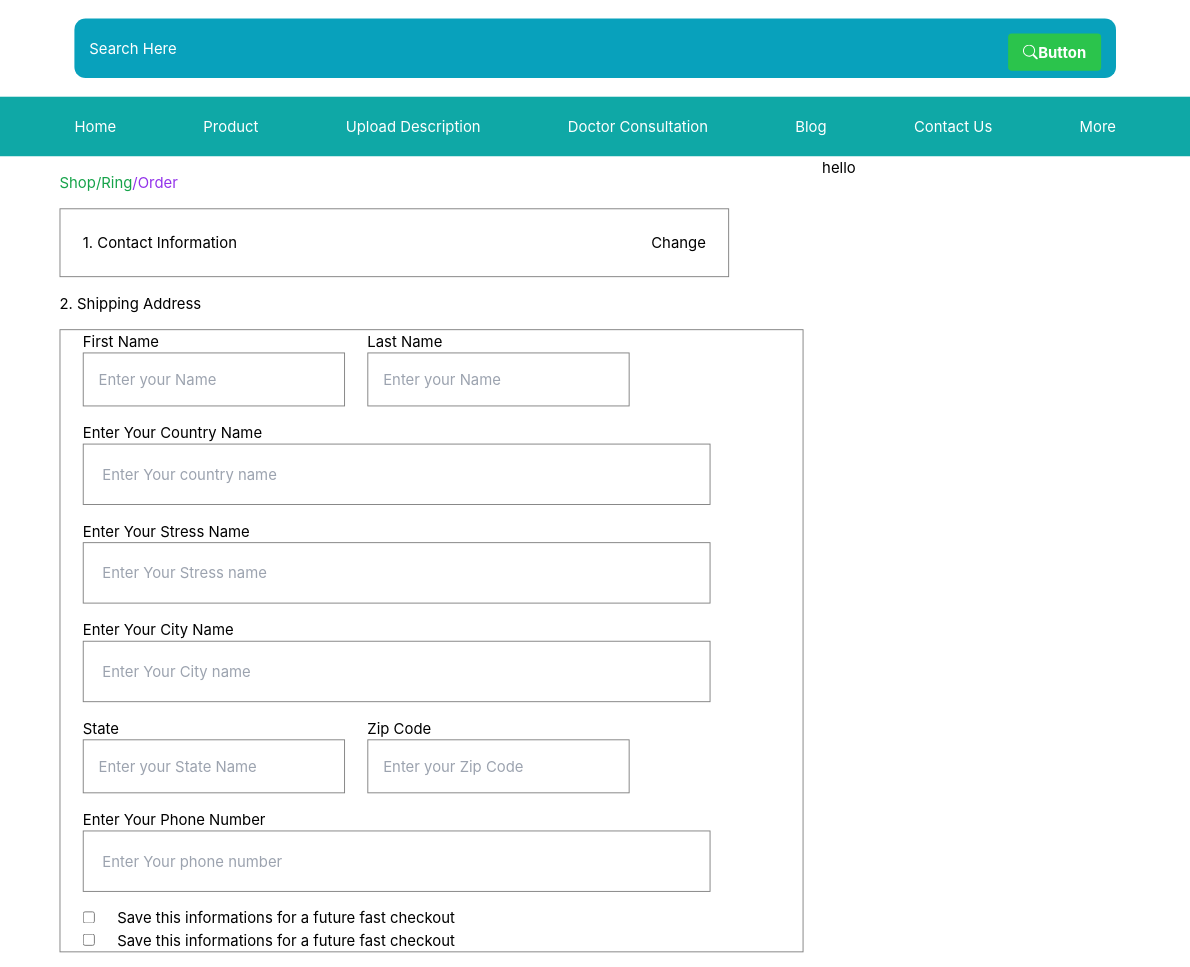
Repository: arafatmollah/form-pharma
Page: /
The author's editor kept a copy of each file at every save. The page is drawn from the files as they stood at one save, then again after the next save.
The browser window is 1280 px wide. The pictures show the whole page, at 93% of full size.
The project was rebuilt for these pictures with package versions that can differ from the ones it lists, and the page was loaded fresh each time.

Above is the page before, as saved 2023-03-15 00:11:13.

After the next save:
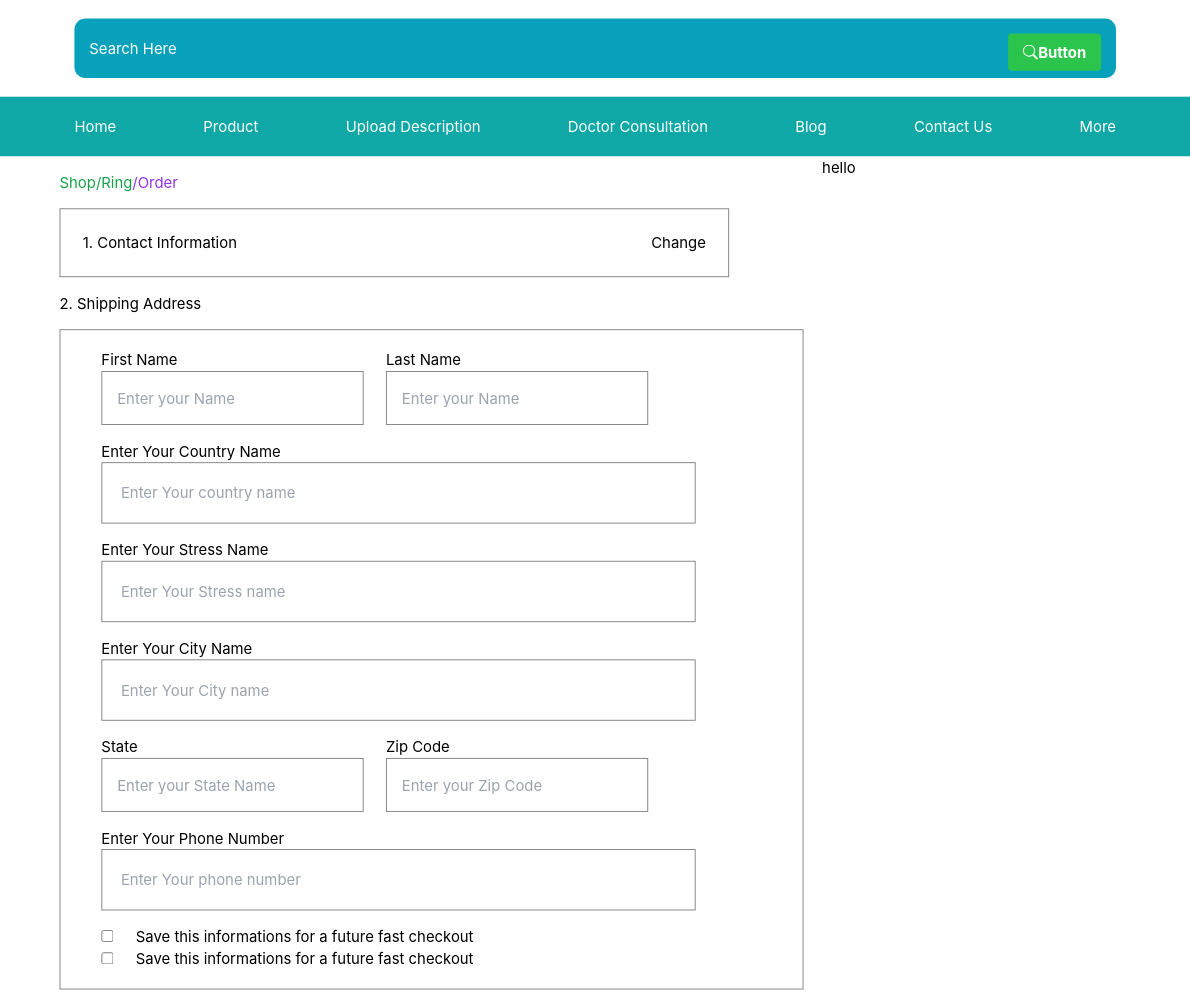
Saved 6 s later.
--- a/src/Form.js
+++ b/src/Form.js
@@ -17,7 +17,7 @@ function form() {
             </div>
             <div className='my-4'>
               <p>2. Shipping Address</p>
-              <form className='my-4 form'>
+              <form className='my-4 form p-5'>
                <div className='flex'>
                <div className='mx-6'>
                 <label>First Name</label> <br></br>
